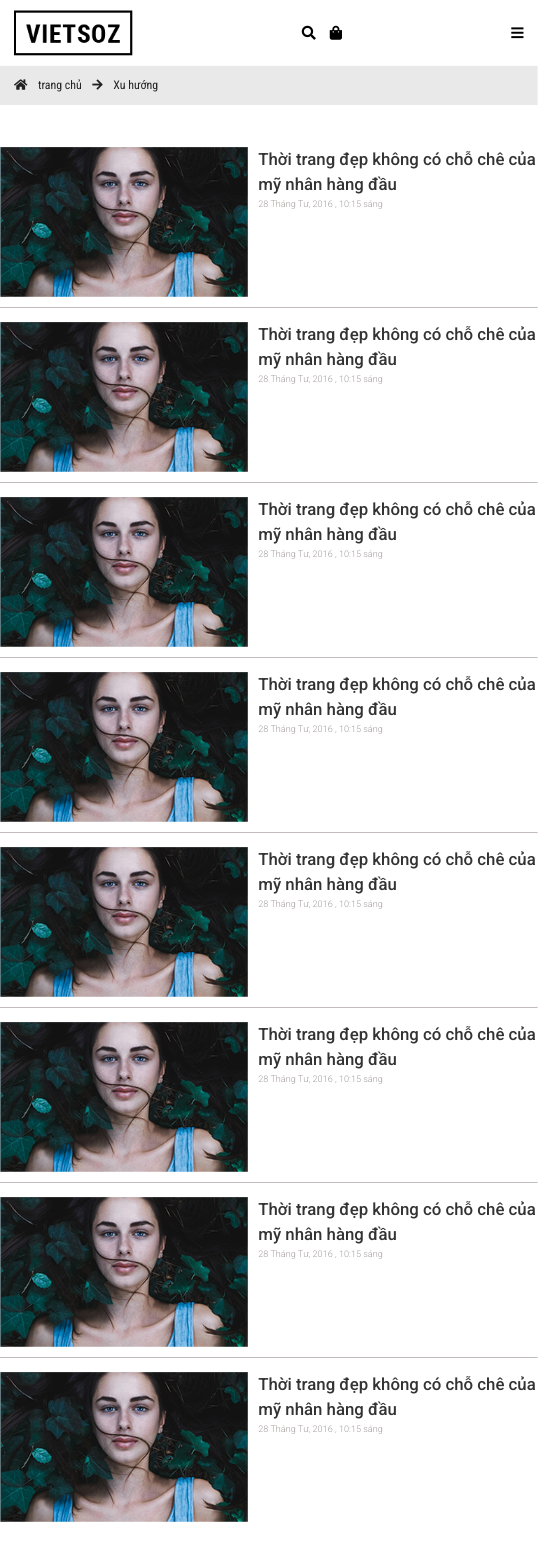
Repository: vinhtk0209/Vietsoz-reponsive
Page: index.html
The author's editor kept a copy of each file at every save. The page is drawn from the files as they stood at one save, then again after the next save.
The browser window is 768 px wide. The pictures show the whole page, at 70% of full size.

Above is the page before, as saved 2021-10-23 17:53:59.

### index.html
<!DOCTYPE html>
<html lang="en">
  <head>
    <meta charset="UTF-8" />
    <meta http-equiv="X-UA-Compatible" content="IE=edge" />
    <meta name="viewport" content="width=device-width, initial-scale=1.0" />
    <link rel="stylesheet" href="assets/css/reset.css" />
    <link rel="stylesheet" href="assets/css/global.css" />
    <link rel="stylesheet" href="assets/css/main.css" />
    <link rel="stylesheet" href="assets/fontawesome/css/all.css" />
    <link rel="stylesheet" href="assets/css/reponsive.css" />
    <link rel="preconnect" href="https://fonts.googleapis.com" />
    <link rel="preconnect" href="https://fonts.gstatic.com" crossorigin />
    <link
      href="https://fonts.googleapis.com/css2?family=Roboto:ital,wght@0,100;0,300;0,400;0,500;0,700;0,900;1,100;1,300;1,400;1,500;1,700;1,900&display=swap"
      rel="stylesheet"
    />
    <link rel="preconnect" href="https://fonts.googleapis.com" />
    <link rel="preconnect" href="https://fonts.gstatic.com" crossorigin />
    <link
      href="https://fonts.googleapis.com/css2?family=Roboto+Condensed:ital,wght@0,300;0,400;0,700;1,300;1,400;1,700&display=swap"
      rel="stylesheet"
    />
    <div id="fb-root"></div>
    <script
      async
      defer
      crossorigin="anonymous"
      src="https://connect.facebook.net/vi_VN/sdk.js#xfbml=1&version=v11.0"
      nonce="ecJjSUD8"
    ></script>
    <script
      src="https://code.jquery.com/jquery-3.6.0.js"
      integrity="sha256-H+K7U5CnXl1h5ywQfKtSj8PCmoN9aaq30gDh27Xc0jk="
      crossorigin="anonymous"
    ></script>
    <title>VIESOZ</title>
  </head>

  <body>
    <!-- wrapper starts -->
    <div class="wrapper">
      <!-- header starts -->
      <header class="header">
        <div class="container">
          <div
            class="wp-header-top d-flex align-i-center justify-content-between"
          >
            <div class="header-banner">
              <img src="assets/images/logo.png" alt="" />
            </div>
            <nav class="header-main-menu">
              <ul class="d-flex main-menu">
                <li><a href="">trang chủ</a></li>
                <li><a href="">về chúng tôi</a></li>
                <li class="product-have-menu">
                  <a href=""
                    >sản phẩm
                    <span class="arrow-down"
                      ><i class="fas fa-chevron-down"></i></span
                  ></a>
                </li>

                <li><a href="">xu hướng</a></li>
                <li><a href="">thanh toán</a></li>
                <li><a href="">liên hệ</a></li>
              </ul>
            </nav>
            <nav class="header-main-menu reponsive">
              <ul class="main-menu sub">
                <li><a href="">trang chủ</a></li>
                <li><a href="">về chúng tôi</a></li>
                <li class="product-have-menu">
                  <a href="">sản phẩm </a>
                </li>

                <li><a href="">xu hướng</a></li>
                <li><a href="">thanh toán</a></li>
                <li><a href="">liên hệ</a></li>
              </ul>
            </nav>
            <ul class="icon-menu d-flex">
              <li>
                <a href=""
                  ><span class="search"><i class="fas fa-search"></i></span
                ></a>
              </li>
              <li>
                <a href="" class="shopping-cart"
                  ><span class="icon-cart"
                    ><i class="fas fa-shopping-bag"></i></span
                ></a>
              </li>
            </ul>
            <div class="nav-bar">
              <i class="fas fa-bars"></i>
            </div>
          </div>
        </div>
        <div class="wp-head-extra-menu">
          <ul class="list-menu-header-extra d-flex container">
            <li>
              <a href="">
                <span class="home-icon">
                  <i class="fas fa-home"></i>
                </span>
              </a>
            </li>

            <li class="home-text">
              <a href="">trang chủ</a>
            </li>
            <li>
              <a href="">
                <span class="arrow-righ">
                  <i class="fas fa-arrow-right"></i>
                </span>
              </a>
            </li>
            <li class="trend">
              <a href="">Xu hướng</a>
            </li>
          </ul>
        </div>
      </header>
      <!-- header ends -->

      <!-- content starts -->
      <div id="content">
        <!-- wp-content starts -->
        <div class="container">
          <div class="wp-content-news">
            <ul class="list-news">
              <li>
                <div class="image-news">
                  <a href="">
                    <img src="assets/images/photo-92222.png" alt="" />
                  </a>
                </div>
                <div class="more-info">
                  <a href="" class="title"
                    >Thời trang đẹp không có chỗ chê của mỹ nhân hàng đầu
                  </a>
                  <p class="date">28 Tháng Tư, 2016 , 10:15 sáng</p>
                  <p class="content">
                    Không chỉ được mệnh danh là "Mỹ nhân đẹp nhất Philippines",
                    nữ diễn viên Marian Rivera còn gây ấn tượng trong lòng công
                    chúng bởi gu thời trang. Cô luôn giữ hình ảnh đẹp với những
                    món đồ tinh tế, trong thời gian mang bầu cô cũng được đánh
                    giá là mặc đẹp nhất trong giới giải trí nước này.
                  </p>
                </div>
              </li>
              <li>
                <div class="image-news">
                  <a href="">
                    <img src="assets/images/photo-92222.png" alt="" />
                  </a>
                </div>
                <div class="more-info">
                  <a href="" class="title"
                    >Thời trang đẹp không có chỗ chê của mỹ nhân hàng đầu
                  </a>
                  <p class="date">28 Tháng Tư, 2016 , 10:15 sáng</p>
                  <p class="content">
                    Không chỉ được mệnh danh là "Mỹ nhân đẹp nhất Philippines",
                    nữ diễn viên Marian Rivera còn gây ấn tượng trong lòng công
                    chúng bởi gu thời trang. Cô luôn giữ hình ảnh đẹp với những
                    món đồ tinh tế, trong thời gian mang bầu cô cũng được đánh
                    giá là mặc đẹp nhất trong giới giải trí nước này.
                  </p>
                </div>
              </li>
              <li>
                <div class="image-news">
                  <a href="">
                    <img src="assets/images/photo-92222.png" alt="" />
                  </a>
                </div>
                <div class="more-info">
                  <a href="" class="title"
                    >Thời trang đẹp không có chỗ chê của mỹ nhân hàng đầu
                  </a>
                  <p class="date">28 Tháng Tư, 2016 , 10:15 sáng</p>
                  <p class="content">
                    Không chỉ được mệnh danh là "Mỹ nhân đẹp nhất Philippines",
                    nữ diễn viên Marian Rivera còn gây ấn tượng trong lòng công
                    chúng bởi gu thời trang. Cô luôn giữ hình ảnh đẹp với những
                    món đồ tinh tế, trong thời gian mang bầu cô cũng được đánh
                    giá là mặc đẹp nhất trong giới giải trí nước này.
                  </p>
                </div>
              </li>
              <li>
                <div class="image-news">
                  <a href="">
                    <img src="assets/images/photo-92222.png" alt="" />
                  </a>
                </div>
                <div class="more-info">
                  <a href="" class="title"
                    >Thời trang đẹp không có chỗ chê của mỹ nhân hàng đầu
                  </a>
                  <p class="date">28 Tháng Tư, 2016 , 10:15 sáng</p>
                  <p class="content">
                    Không chỉ được mệnh danh là "Mỹ nhân đẹp nhất Philippines",
                    nữ diễn viên Marian Rivera còn gây ấn tượng trong lòng công
                    chúng bởi gu thời trang. Cô luôn giữ hình ảnh đẹp với những
                    món đồ tinh tế, trong thời gian mang bầu cô cũng được đánh
                    giá là mặc đẹp nhất trong giới giải trí nước này.
                  </p>
                </div>
              </li>
              <li>
                <div class="image-news">
                  <a href="">
                    <img src="assets/images/photo-92222.png" alt="" />
                  </a>
                </div>
                <div class="more-info">
                  <a href="" class="title"
                    >Thời trang đẹp không có chỗ chê của mỹ nhân hàng đầu
                  </a>
                  <p class="date">28 Tháng Tư, 2016 , 10:15 sáng</p>
                  <p class="content">
                    Không chỉ được mệnh danh là "Mỹ nhân đẹp nhất Philippines",
                    nữ diễn viên Marian Rivera còn gây ấn tượng trong lòng công
                    chúng bởi gu thời trang. Cô luôn giữ hình ảnh đẹp với những
                    món đồ tinh tế, trong thời gian mang bầu cô cũng được đánh
                    giá là mặc đẹp nhất trong giới giải trí nước này.
                  </p>
                </div>
              </li>
              <li>
                <div class="image-news">
                  <a href="">
                    <img src="assets/images/photo-92222.png" alt="" />
                  </a>
                </div>
                <div class="more-info">
                  <a href="" class="title"
                    >Thời trang đẹp không có chỗ chê của mỹ nhân hàng đầu
                  </a>
                  <p class="date">28 Tháng Tư, 2016 , 10:15 sáng</p>
                  <p class="content">
                    Không chỉ được mệnh danh là "Mỹ nhân đẹp nhất Philippines",
                    nữ diễn viên Marian Rivera còn gây ấn tượng trong lòng công
                    chúng bởi gu thời trang. Cô luôn giữ hình ảnh đẹp với những
                    món đồ tinh tế, trong thời gian mang bầu cô cũng được đánh
                    giá là mặc đẹp nhất trong giới giải trí nước này.
                  </p>
                </div>
              </li>
              <li>
                <div class="image-news">
                  <a href="">
                    <img src="assets/images/photo-92222.png" alt="" />
                  </a>
                </div>
                <div class="more-info">
                  <a href="" class="title"
                    >Thời trang đẹp không có chỗ chê của mỹ nhân hàng đầu
                  </a>
                  <p class="date">28 Tháng Tư, 2016 , 10:15 sáng</p>
                  <p class="content">
                    Không chỉ được mệnh danh là "Mỹ nhân đẹp nhất Philippines",
                    nữ diễn viên Marian Rivera còn gây ấn tượng trong lòng công
                    chúng bởi gu thời trang. Cô luôn giữ hình ảnh đẹp với những
                    món đồ tinh tế, trong thời gian mang bầu cô cũng được đánh
                    giá là mặc đẹp nhất trong giới giải trí nước này.
                  </p>
                </div>
              </li>
              <li>
                <div class="image-news">
                  <a href="">
                    <img src="assets/images/photo-92222.png" alt="" />
                  </a>
                </div>
                <div class="more-info">
                  <a href="" class="title"
                    >Thời trang đẹp không có chỗ chê của mỹ nhân hàng đầu
                  </a>
                  <p class="date">28 Tháng Tư, 2016 , 10:15 sáng</p>
                  <p class="content">
                    Không chỉ được mệnh danh là "Mỹ nhân đẹp nhất Philippines",
                    nữ diễn viên Marian Rivera còn gây ấn tượng trong lòng công
                    chúng bởi gu thời trang. Cô luôn giữ hình ảnh đẹp với những
                    món đồ tinh tế, trong thời gian mang bầu cô cũng được đánh
                    giá là mặc đẹp nhất trong giới giải trí nước này.
                  </p>
                </div>
              </li>
            </ul>
        </div>
        <!-- wp-content ends -->

        <!-- sidebar starts -->

        <!-- sidebar ends -->
      </div>

      <!-- content ends -->
    </div>
    <!-- wrapper ends -->
    <script src="assets/js/main.js"></script>
  </body>
</html>

### assets/css/reset.css
/*
 * Bootstrap Reboot v4.3.1 (https://getbootstrap.com/)
 * Copyright 2011-2019 The Bootstrap Authors
 * Copyright 2011-2019 Twitter, Inc.
 * Licensed under MIT (https://github.com/twbs/bootstrap/blob/master/LICENSE)
 * Forked from Normalize.css, licensed MIT (https://github.com/necolas/normalize.css/blob/master/LICENSE.md)
 */

*,
*::before,
*::after {
    box-sizing: border-box;
}

html {
    font-family: sans-serif;
    line-height: 1.15;
    -webkit-text-size-adjust: 100%;
    -webkit-tap-highlight-color: rgba(0, 0, 0, 0);
}

article,
aside,
figcaption,
figure,
footer,
header,
hgroup,
main,
nav,
section {
    display: block;
}

body {
    margin: 0;
    font-family: -apple-system, BlinkMacSystemFont, "Segoe UI", Roboto, "Helvetica Neue", Arial, "Noto Sans", sans-serif, "Apple Color Emoji", "Segoe UI Emoji", "Segoe UI Symbol", "Noto Color Emoji";
    font-size: 1rem;
    font-weight: 400;
    line-height: 1.5;
    color: #212529;
    text-align: left;
    background-color: #fff;
}

[tabindex="-1"]:focus {
    outline: 0 !important;
}

hr {
    box-sizing: content-box;
    height: 0;
    overflow: visible;
}

h1,
h2,
h3,
h4,
h5,
h6 {
    margin-top: 0;
    margin-bottom: 0.5rem;
}

p {
    margin-top: 0;
    margin-bottom: 1rem;
}

abbr[title],
abbr[data-original-title] {
    text-decoration: underline;
    -webkit-text-decoration: underline dotted;
    text-decoration: underline dotted;
    cursor: help;
    border-bottom: 0;
    -webkit-text-decoration-skip-ink: none;
    text-decoration-skip-ink: none;
}

address {
    margin-bottom: 1rem;
    font-style: normal;
    line-height: inherit;
}

ol,
ul,
dl {
    margin-top: 0;
    margin-bottom: 1rem;
}

ol ol,
ul ul,
ol ul,
ul ol {
    margin-bottom: 0;
}

dt {
    font-weight: 700;
}

dd {
    margin-bottom: .5rem;
    margin-left: 0;
}

blockquote {
    margin: 0 0 1rem;
}

b,
strong {
    font-weight: bolder;
}

small {
    font-size: 80%;
}

sub,
sup {
    position: relative;
    font-size: 75%;
    line-height: 0;
    vertical-align: baseline;
}

sub {
    bottom: -.25em;
}

sup {
    top: -.5em;
}

a {
    color: #007bff;
    text-decoration: none;
    background-color: transparent;
}

a:hover {
    color: #0056b3;
    text-decoration: underline;
}

a:not([href]):not([tabindex]) {
    color: inherit;
    text-decoration: none;
}

a:not([href]):not([tabindex]):hover,
a:not([href]):not([tabindex]):focus {
    color: inherit;
    text-decoration: none;
}

a:not([href]):not([tabindex]):focus {
    outline: 0;
}

pre,
code,
kbd,
samp {
    font-family: SFMono-Regular, Menlo, Monaco, Consolas, "Liberation Mono", "Courier New", monospace;
    font-size: 1em;
}

pre {
    margin-top: 0;
    margin-bottom: 1rem;
    overflow: auto;
}

figure {
    margin: 0 0 1rem;
}

img {
    vertical-align: middle;
    border-style: none;
}

svg {
    overflow: hidden;
    vertical-align: middle;
}

table {
    border-collapse: collapse;
}

caption {
    padding-top: 0.75rem;
    padding-bottom: 0.75rem;
    color: #6c757d;
    text-align: left;
    caption-side: bottom;
}

th {
    text-align: inherit;
}

label {
    display: inline-block;
    margin-bottom: 0.5rem;
}

button {
    border-radius: 0;
}

button:focus {
    outline: 1px dotted;
    outline: 5px auto -webkit-focus-ring-color;
}

input,
button,
select,
optgroup,
textarea {
    margin: 0;
    font-family: inherit;
    font-size: inherit;
    line-height: inherit;
}

button,
input {
    overflow: visible;
}

button,
select {
    text-transform: none;
}

select {
    word-wrap: normal;
}

button,
[type="button"],
[type="reset"],
[type="submit"] {
    -webkit-appearance: button;
}

button:not(:disabled),
[type="button"]:not(:disabled),
[type="reset"]:not(:disabled),
[type="submit"]:not(:disabled) {
    cursor: pointer;
}

button::-moz-focus-inner,
[type="button"]::-moz-focus-inner,
[type="reset"]::-moz-focus-inner,
[type="submit"]::-moz-focus-inner {
    padding: 0;
    border-style: none;
}

input[type="radio"],
input[type="checkbox"] {
    box-sizing: border-box;
    padding: 0;
}

input[type="date"],
input[type="time"],
input[type="datetime-local"],
input[type="month"] {
    -webkit-appearance: listbox;
}

textarea {
    overflow: auto;
    resize: vertical;
}

fieldset {
    min-width: 0;
    padding: 0;
    margin: 0;
    border: 0;
}

legend {
    display: block;
    width: 100%;
    max-width: 100%;
    padding: 0;
    margin-bottom: .5rem;
    font-size: 1.5rem;
    line-height: inherit;
    color: inherit;
    white-space: normal;
}

progress {
    vertical-align: baseline;
}

[type="number"]::-webkit-inner-spin-button,
[type="number"]::-webkit-outer-spin-button {
    height: auto;
}

[type="search"] {
    outline-offset: -2px;
    -webkit-appearance: none;
}

[type="search"]::-webkit-search-decoration {
    -webkit-appearance: none;
}

::-webkit-file-upload-button {
    font: inherit;
    -webkit-appearance: button;
}

output {
    display: inline-block;
}

summary {
    display: list-item;
    cursor: pointer;
}

template {
    display: none;
}

[hidden] {
    display: none !important;
}


/*# sourceMappingURL=bootstrap-reboot.css.map */

### assets/css/global.css
/* .text-center{
    text-align: center;
}
.text-left{
    text-align: left;
}
.text-right{
    text-align: right;
}
.float-left{
    float:left;

}
.float-right{
    float:right;
}
.container{
    width:1150px;
    margin:0px auto;


}
.flex-space{
    display:flex;
    justify-content:space-between;
}
.align-i-center{
    align-items: center;
}
.mg-top-30{
    margin-top: 30px;
}
.mg-top-22{
    margin-top: 22px;
}
.d-flex{
    display:flex;
}
.bg-black{

    background-color: #131619;
}
.pt-10{
    padding-top: 10px;
} */
.container {
    max-width: 1200px;

    margin: 0px auto;
    /* display:flex; */

}

.justify-content-between {
    justify-content: space-between;
}

.d-flex {
    display: flex;
}

.jus-between {
    justify-content: space-between;
}

.align-i-center {
    align-items: center;
}

.mg-bottom-80 {
    margin-bottom: 80px;
}

.fl-basics-30 {
    flex-basis: 30%;
}

.pd-top-40 {
    padding-top: 40px;
}
.pd-top-10{
    padding-top:10px;
}
.text-center {
    text-align: center;
}

### assets/css/reponsive.css
@media screen and (max-width: 1040px) {
    nav.header-main-menu{
        display: none;
    }
    .nav-bar{
        display: block;
    }
}
@media screen and (max-width: 768px) {
    .wp-content-news ul.list-news li .more-info p.content{
        display:none;
    }

}

Loaded but not shown: assets/fontawesome/css/all.css (library); assets/js/main.js (5 lines, source omitted); assets/css/main.css (435 lines, source omitted)

After the next save:
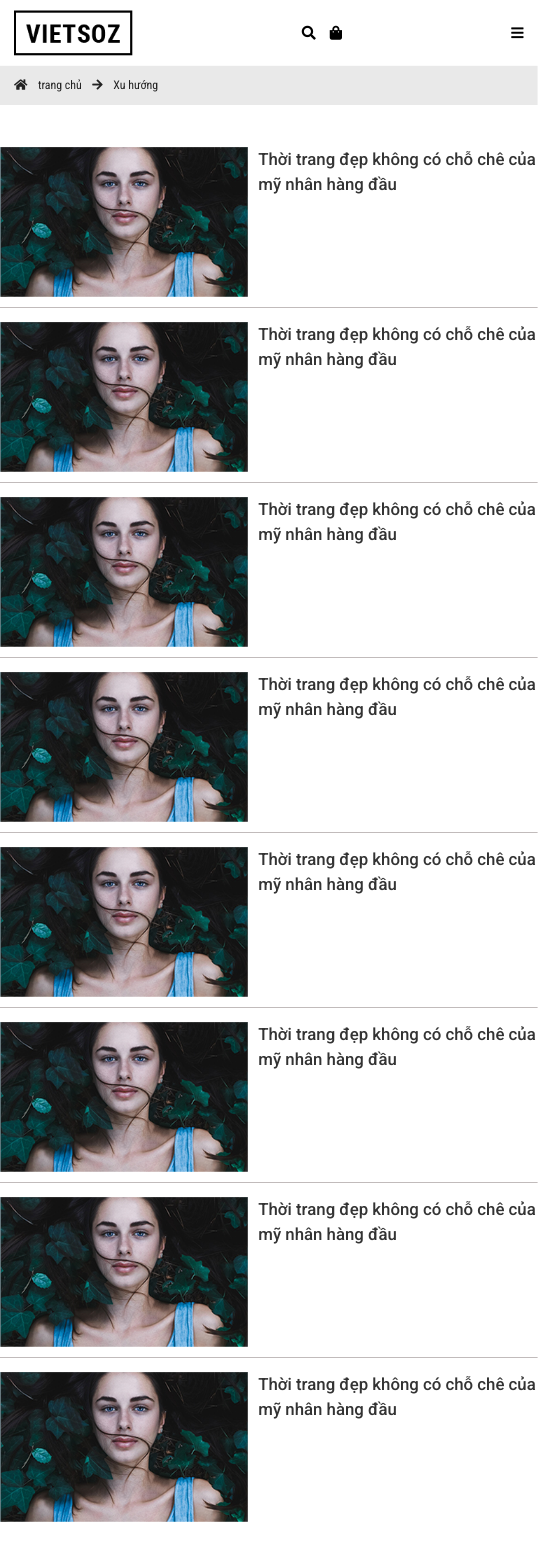
Saved 4 s later.
--- a/assets/css/reponsive.css
+++ b/assets/css/reponsive.css
@@ -7,7 +7,8 @@
     }
 }
 @media screen and (max-width: 768px) {
-    .wp-content-news ul.list-news li .more-info p.content{
+    .wp-content-news ul.list-news li .more-info p.content,
+    .wp-content-news ul.list-news li .more-info p.date{
         display:none;
     }
 
